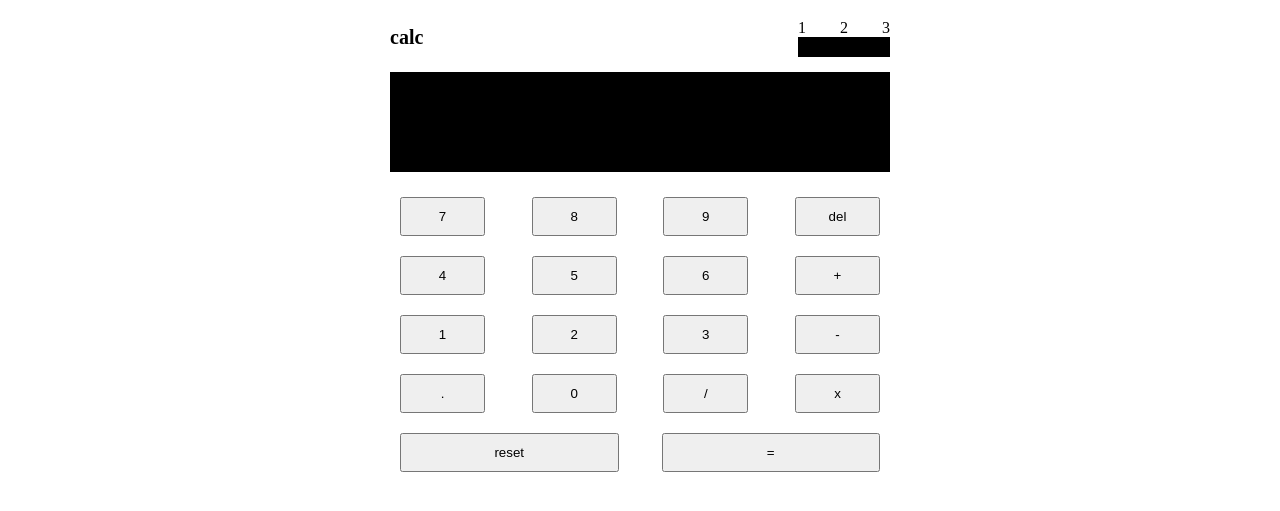
Repository: Eugene44-hub/basic-calculator
Page: index.html
These files come from the project's save history. The page is drawn as it stood at one moment and after the next save; the edit follows.
The browser window is 1280 px wide. The pictures show the whole page.

Above is the page before, as saved 2021-10-02 02:23:08.
Console error: SyntaxError: Unexpected end of input

After the next save:
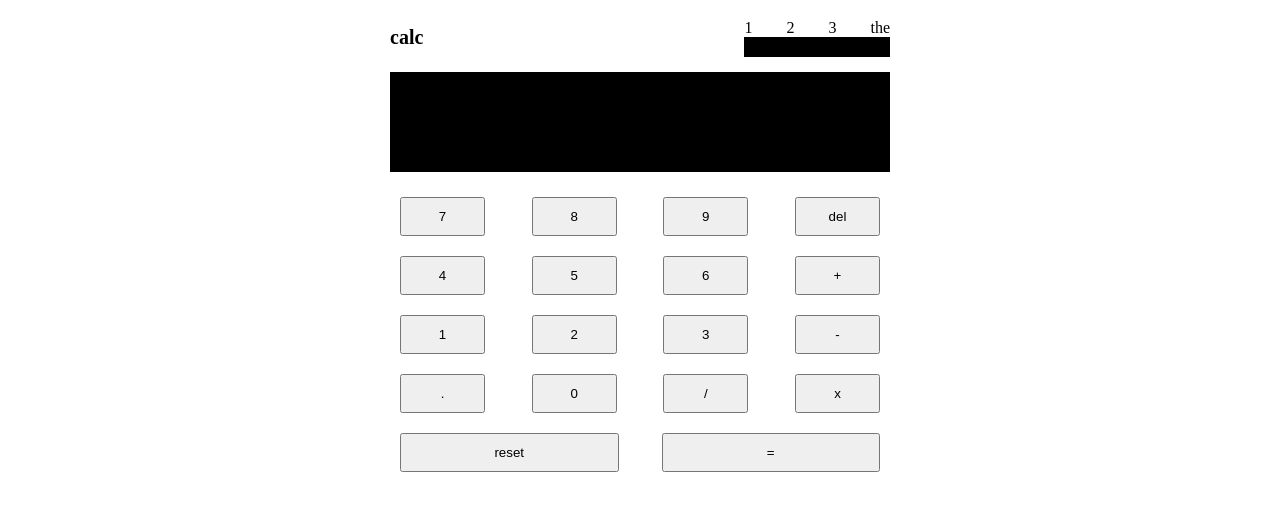
Saved 9 s later.
--- a/index.html
+++ b/index.html
@@ -19,8 +19,7 @@
                 <div class="number-toggle">
                     <span id="one">1</span>
                     <span id="two">2</span>
-                    <span id="three">3</span>
-
+                    <span id="three">3</span> the
                     <div class="toggle"></div>
                 </div>
             </div>
